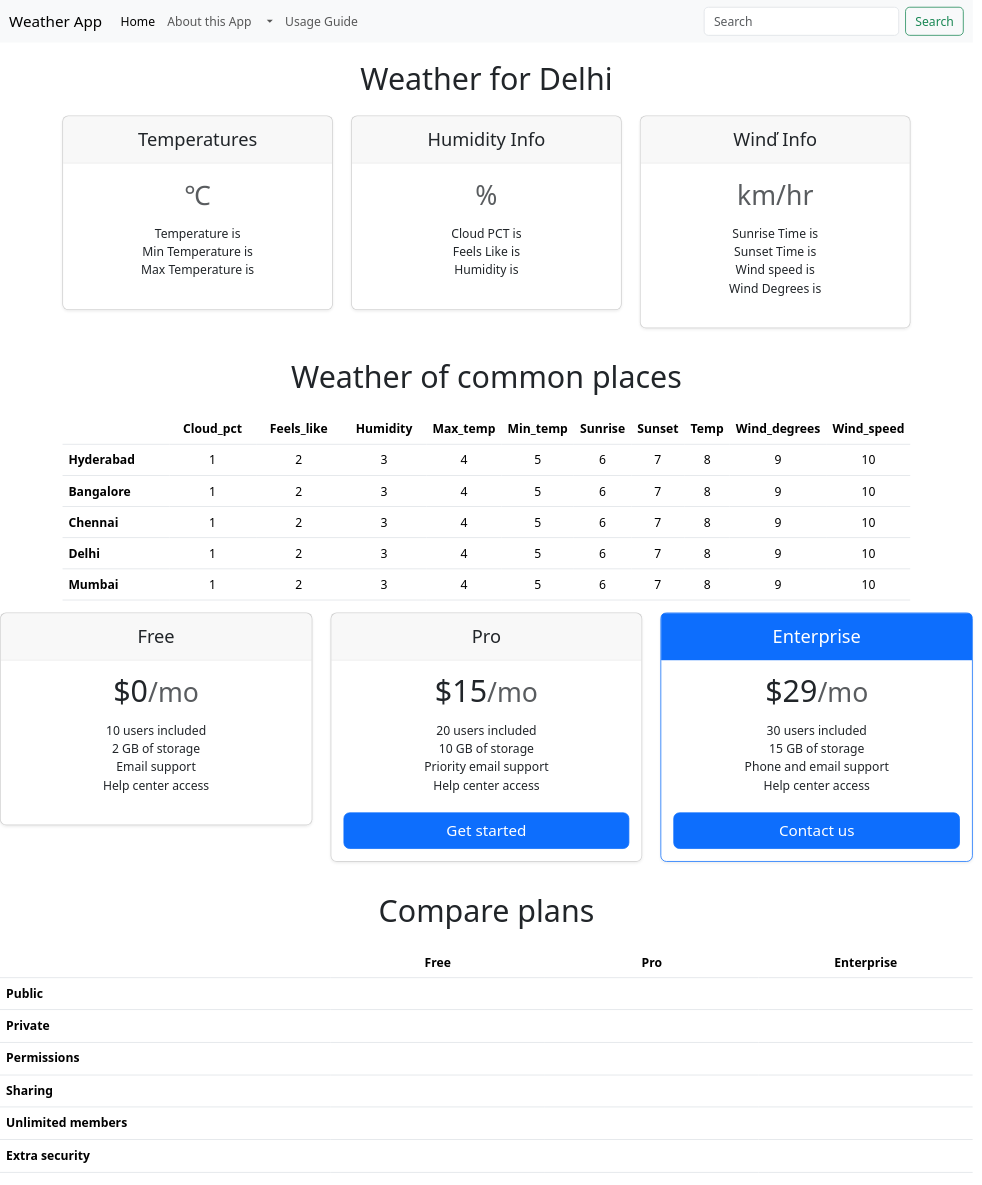
Repository: Abhilash2909/weather
Page: index.html
These files come from the project's save history. The page is drawn as it stood at one moment and after the next save; the edit follows.
The browser window is 1280 px wide. The page is 1292 px wide, so the pictures cover 1292 px, including what lies to the right of the window. The pictures show the whole page, at 76% of full size.
The page's requests for data from a server got no answer.

Above is the page before, as saved 2024-02-11 17:01:39.

### index.html
<!doctype html>
<html lang="en">
  <head>
    <meta charset="utf-8">
    <meta name="viewport" content="width=device-width, initial-scale=1">
    <title>My Weather App</title>
    <link href="https://cdn.jsdelivr.net/npm/bootstrap@5.3.2/dist/css/bootstrap.min.css" rel="stylesheet" integrity="sha384-T3c6CoIi6uLrA9TneNEoa7RxnatzjcDSCmG1MXxSR1GAsXEV/Dwwykc2MPK8M2HN" crossorigin="anonymous">
  </head>
  <body>
    <nav class="navbar navbar-expand-lg bg-body-tertiary">
        <div class="container-fluid">
          <a class="navbar-brand" href="#">Weather App</a>
          <button class="navbar-toggler" type="button" data-bs-toggle="collapse" data-bs-target="#navbarSupportedContent" aria-controls="navbarSupportedContent" aria-expanded="false" aria-label="Toggle navigation">
            <span class="navbar-toggler-icon"></span>
          </button>
          <div class="collapse navbar-collapse" id="navbarSupportedContent">
            <ul class="navbar-nav me-auto mb-2 mb-lg-0">
              <li class="nav-item">
                <a class="nav-link active" aria-current="page" href="#">Home</a>
              </li>
              <li class="nav-item">
                <a class="nav-link" href="#">About this App</a>
              </li>
              <li class="nav-item dropdown">
                <a class="nav-link dropdown-toggle" href="#" role="button" data-bs-toggle="dropdown" aria-expanded="false">
                </a>
                <ul class="dropdown-menu">
                  <li><a class="dropdown-item" href="#">Delhi</a></li>
                  <li><a class="dropdown-item" href="#">Seattle</a></li>
                  <li><a class="dropdown-item" href="#">Bangalore</a></li>
                </ul>
              </li>
              <li class="nav-item">
                <a class="nav-link" aria-disabled="true">Usage Guide</a>
              </li>
            </ul>
            <form class="d-flex" role="search">
              <input id="city" class="form-control me-2" type="search" placeholder="Search" aria-label="Search">
              <button class="btn btn-outline-success" type="submit" id="submit">Search</button>
            </form>
          </div>
        </div>
      </nav>

      <div class="container">
        <main>
          <h1 class= "my-4 text-center">Weather for <span id="cityName"></span></h1>
          <div class="row row-cols-1 row-cols-md-3 mb-3 text-center">
          <div class="col">
            <div class="card mb-4 rounded-3 shadow-sm">
              <div class="card-header py-3">
                <h4 class="my-0 fw-normal">Temperatures</h4>
              </div>
              <div class="card-body">
                <h1 class="card-title pricing-card-title"><span id="temp2"></span><small class="text-body-secondary fw-light"></span><span>&#8451;</span></small></h1>
                <ul class="list-unstyled mt-3 mb-4">
                  <li>Temperature is <span id="temp" ></span></li>
                  <li>Min Temperature is <span id="min_temp" ></span></li>
                  <li>Max Temperature is <span id="max_temp" ></span></li>
                </ul>
                <!-- <button type="button" class="w-100 btn btn-lg btn-outline-primary">Sign up for free</button> -->
              </div>
            </div>
          </div>
          <div class="col">
            <div class="card mb-4 rounded-3 shadow-sm">
              <div class="card-header py-3">
                <h4 class="my-0 fw-normal">Humidity Info</h4>
              </div>
              <div class="card-body">
                <h1 class="card-title pricing-card-title"><span id="humidity2" ></span><small class="text-body-secondary fw-light">%</small></h1>
                <ul class="list-unstyled mt-3 mb-4">
                  <li>Cloud PCT is <span id="cloud_pct" ></span></li>
                  <li>Feels Like is <span id="feels_like" ></span></li>
                  <li>Humidity is <span id="humidity" ></span></li>
                </ul>
                <!-- <button type="button" class="w-100 btn btn-lg btn-primary">Get started</button> -->
              </div>
            </div>
          </div>

          <div class="col">
            <div class="card mb-4 rounded-3 shadow-sm">
              <div class="card-header py-3">
                <h4 class="my-0 fw-normal">Winď Info</h4>
              </div>
              <div class="card-body">
                <h1 class="card-title pricing-card-title"><span id="wind_speed2" ></span><small class="text-body-secondary fw-light">km/hr</small></h1>
                <ul class="list-unstyled mt-3 mb-4">
                  <li>Sunrise Time is <span id="sunrise" ></span></li>
                  <li>Sunset Time is <span id="sunset" ></span></li>
                  <li>Wind speed is <span id="wind_speed" ></span></li>
                  <li>Wind Degrees is <span id="wind_degrees" ></span></li>
                </ul>
                <!-- <button type="button" class="w-100 btn btn-lg btn-primary">Contact us</button> -->
              </div>
            </div>
          </div>
        </div>

        <h2 class="display-6 text-center mb-4">Weather of common places</h2>

        <div class="table-responsive">
          <table class="table text-center">
            <thead>
              <tr>
                <th style="width: 34%;">   </th>
                <th style="width: 22%;"> Cloud_pct </th>
                <th style="width: 22%;"> Feels_like </th>
                <th style="width: 22%;"> Humidity </th>
                <th style="width: 22%;"> Max_temp </th>
                <th style="width: 22%;"> Min_temp </th>
                <th style="width: 22%;"> Sunrise </th>
                <th style="width: 22%;"> Sunset </th>
                <th style="width: 22%;"> Temp </th>
                <th style="width: 22%;"> Wind_degrees </th>
                <th style="width: 22%;"> Wind_speed </th>
              </tr>
            </thead>
            <tbody>
              <tr>
                <th scope="row" class="text-start">Hyderabad</th>
                <td>1</td>
                <td>2</td>
                <td>3</td>
                <td>4</td>
                <td>5</td>
                <td>6</td>
                <td>7</td>
                <td>8</td>
                <td>9</td>
                <td>10</td>
              </tr>
              <tr>
                <th scope="row" class="text-start">Bangalore</th>
                <td>1</td>
                <td>2</td>
                <td>3</td>
                <td>4</td>
                <td>5</td>
                <td>6</td>
                <td>7</td>
                <td>8</td>
                <td>9</td>
                <td>10</td>
              </tr>
            </tbody>

            <tbody>
              <tr>
                <th scope="row" class="text-start">Chennai</th>
                <td>1</td>
                <td>2</td>
                <td>3</td>
                <td>4</td>
                <td>5</td>
                <td>6</td>
                <td>7</td>
                <td>8</td>
                <td>9</td>
                <td>10</td>
              </tr>
              <tr>
                <th scope="row" class="text-start">Delhi</th>
                <td>1</td>
                <td>2</td>
                <td>3</td>
                <td>4</td>
                <td>5</td>
                <td>6</td>
                <td>7</td>
                <td>8</td>
                <td>9</td>
                <td>10</td>
              </tr>
              <tr>
                <th scope="row" class="text-start">Mumbai</th>
                <td>1</td>
                <td>2</td>
                <td>3</td>
                <td>4</td>
                <td>5</td>
                <td>6</td>
                <td>7</td>
                <td>8</td>
                <td>9</td>
                <td>10</td>
              </tr>
            </tbody>
          </table>
        </div>
      </main></div>
    <script src="https://cdn.jsdelivr.net/npm/bootstrap@5.3.2/dist/js/bootstrap.bundle.min.js" integrity="sha384-C6RzsynM9kWDrMNeT87bh95OGNyZPhcTNXj1NW7RuBCsyN/o0jlpcV8Qyq46cDfL" crossorigin="anonymous"></script>
    <script src="script.js"></script>
</body>
</html>


<main>
  <div class="row row-cols-1 row-cols-md-3 mb-3 text-center">
    <div class="col">
      <div class="card mb-4 rounded-3 shadow-sm">
        <div class="card-header py-3">
          <h4 class="my-0 fw-normal">Free</h4>
        </div>
        <div class="card-body">
          <h1 class="card-title pricing-card-title">$0<small class="text-body-secondary fw-light">/mo</small></h1>
          <ul class="list-unstyled mt-3 mb-4">
            <li>10 users included</li>
            <li>2 GB of storage</li>
            <li>Email support</li>
            <li>Help center access</li>
          </ul>
          <!-- <button type="button" class="w-100 btn btn-lg btn-outline-primary">Sign up for free</button> -->
        </div>
      </div>
    </div>
    <div class="col">
      <div class="card mb-4 rounded-3 shadow-sm">
        <div class="card-header py-3">
          <h4 class="my-0 fw-normal">Pro</h4>
        </div>
        <div class="card-body">
          <h1 class="card-title pricing-card-title">$15<small class="text-body-secondary fw-light">/mo</small></h1>
          <ul class="list-unstyled mt-3 mb-4">
            <li>20 users included</li>
            <li>10 GB of storage</li>
            <li>Priority email support</li>
            <li>Help center access</li>
          </ul>
          <button type="button" class="w-100 btn btn-lg btn-primary">Get started</button>
        </div>
      </div>
    </div>
    <div class="col">
      <div class="card mb-4 rounded-3 shadow-sm border-primary">
        <div class="card-header py-3 text-bg-primary border-primary">
          <h4 class="my-0 fw-normal">Enterprise</h4>
        </div>
        <div class="card-body">
          <h1 class="card-title pricing-card-title">$29<small class="text-body-secondary fw-light">/mo</small></h1>
          <ul class="list-unstyled mt-3 mb-4">
            <li>30 users included</li>
            <li>15 GB of storage</li>
            <li>Phone and email support</li>
            <li>Help center access</li>
          </ul>
          <button type="button" class="w-100 btn btn-lg btn-primary">Contact us</button>
        </div>
      </div>
    </div>
  </div>

  <h2 class="display-6 text-center mb-4">Compare plans</h2>

  <div class="table-responsive">
    <table class="table text-center">
      <thead>
        <tr>
          <th style="width: 34%;"></th>
          <th style="width: 22%;">Free</th>
          <th style="width: 22%;">Pro</th>
          <th style="width: 22%;">Enterprise</th>
        </tr>
      </thead>
      <tbody>
        <tr>
          <th scope="row" class="text-start">Public</th>
          <td><svg class="bi" width="24" height="24"><use xlink:href="#check"></use></svg></td>
          <td><svg class="bi" width="24" height="24"><use xlink:href="#check"></use></svg></td>
          <td><svg class="bi" width="24" height="24"><use xlink:href="#check"></use></svg></td>
        </tr>
        <tr>
          <th scope="row" class="text-start">Private</th>
          <td></td>
          <td><svg class="bi" width="24" height="24"><use xlink:href="#check"></use></svg></td>
          <td><svg class="bi" width="24" height="24"><use xlink:href="#check"></use></svg></td>
        </tr>
      </tbody>

      <tbody>
        <tr>
          <th scope="row" class="text-start">Permissions</th>
          <td><svg class="bi" width="24" height="24"><use xlink:href="#check"></use></svg></td>
          <td><svg class="bi" width="24" height="24"><use xlink:href="#check"></use></svg></td>
          <td><svg class="bi" width="24" height="24"><use xlink:href="#check"></use></svg></td>
        </tr>
        <tr>
          <th scope="row" class="text-start">Sharing</th>
          <td></td>
          <td><svg class="bi" width="24" height="24"><use xlink:href="#check"></use></svg></td>
          <td><svg class="bi" width="24" height="24"><use xlink:href="#check"></use></svg></td>
        </tr>
        <tr>
          <th scope="row" class="text-start">Unlimited members</th>
          <td></td>
          <td><svg class="bi" width="24" height="24"><use xlink:href="#check"></use></svg></td>
          <td><svg class="bi" width="24" height="24"><use xlink:href="#check"></use></svg></td>
        </tr>
        <tr>
          <th scope="row" class="text-start">Extra security</th>
          <td></td>
          <td></td>
          <td><svg class="bi" width="24" height="24"><use xlink:href="#check"></use></svg></td>
        </tr>
      </tbody>
    </table>
  </div>
</main>

### script.js

// const url = 'https://weather-by-api-ninjas.p.rapidapi.com/v1/weather?city=Seattle';
// const options = {
//     method: 'GET',
//     headers: {
//         'X-RapidAPI-Key': '9f5fc666cemsh950495f18781500p1999a7jsna0d8657b4aba',
//         'X-RapidAPI-Host': 'weather-by-api-ninjas.p.rapidapi.com'
//     }
// };

// async function fetchData() {
//     try {
//         const response = await fetch(url, options);
//         const result = await response.text();
//         console.log(result);
//     } catch (error) {
//         console.error(error);
//     }
// }

// fetchData();


// const url = 'https://weather-by-api-ninjas.p.rapidapi.com/v1/weather?city=Seattle';
// const options = {
// 	method: 'GET',
// 	headers: {
// 		'X-RapidAPI-Key': '9f5fc666cemsh950495f18781500p1999a7jsna0d8657b4aba',
// 		'X-RapidAPI-Host': 'weather-by-api-ninjas.p.rapidapi.com'
// 	}
// };

// try {
// 	const response = await fetch(url, options);
// 	const result = await response.text();
// 	console.log(result);
// } catch (error) {
// 	console.error(error);
// }



const options = {
    method: 'GET',
    headers: {
      'X-RapidAPI-Key': 'b45e96323fmshf5e4bc50d3b8a90p1e091djsnfb21cde4eb87',
      'X-RapidAPI-Host': 'weather-by-api-ninjas.p.rapidapi.com'
    }
  };
const getWeather = (city) => {
  cityName.innerHTML = city
  fetch('https://weather-by-api-ninjas.p.rapidapi.com/v1/weather?city=' + city, options)
    .then(response => response.json())
    .then((response) => {
      console.log(response)
      cloud_pct.innerHTML = response.cloud_pct
      temp.innerHTML = response.temp
      temp2.innerHTML = response.temp
      feels_like.innerHTML = response.feels_like
      humidity.innerHTML = response.humidity
      humidity2.innerHTML = response.humidity
      min_temp.innerHTML = response.min_temp
      max_temp.innerHTML = response.max_temp
      wind_speed.innerHTML = response.wind_speed
      wind_speed2.innerHTML = response.wind_speed
      wind_degrees.innerHTML = response.wind_degrees
      sunrise.innerHTML = response.sunrise
      sunset.innerHTML = response.sunset
    })
    .catch(error => console.error(error));
}

submit.addEventListener("click", (e)=>{
  e.preventDefault()
  getWeather(city.value)
})

getWeather("Delhi")

After the next save:
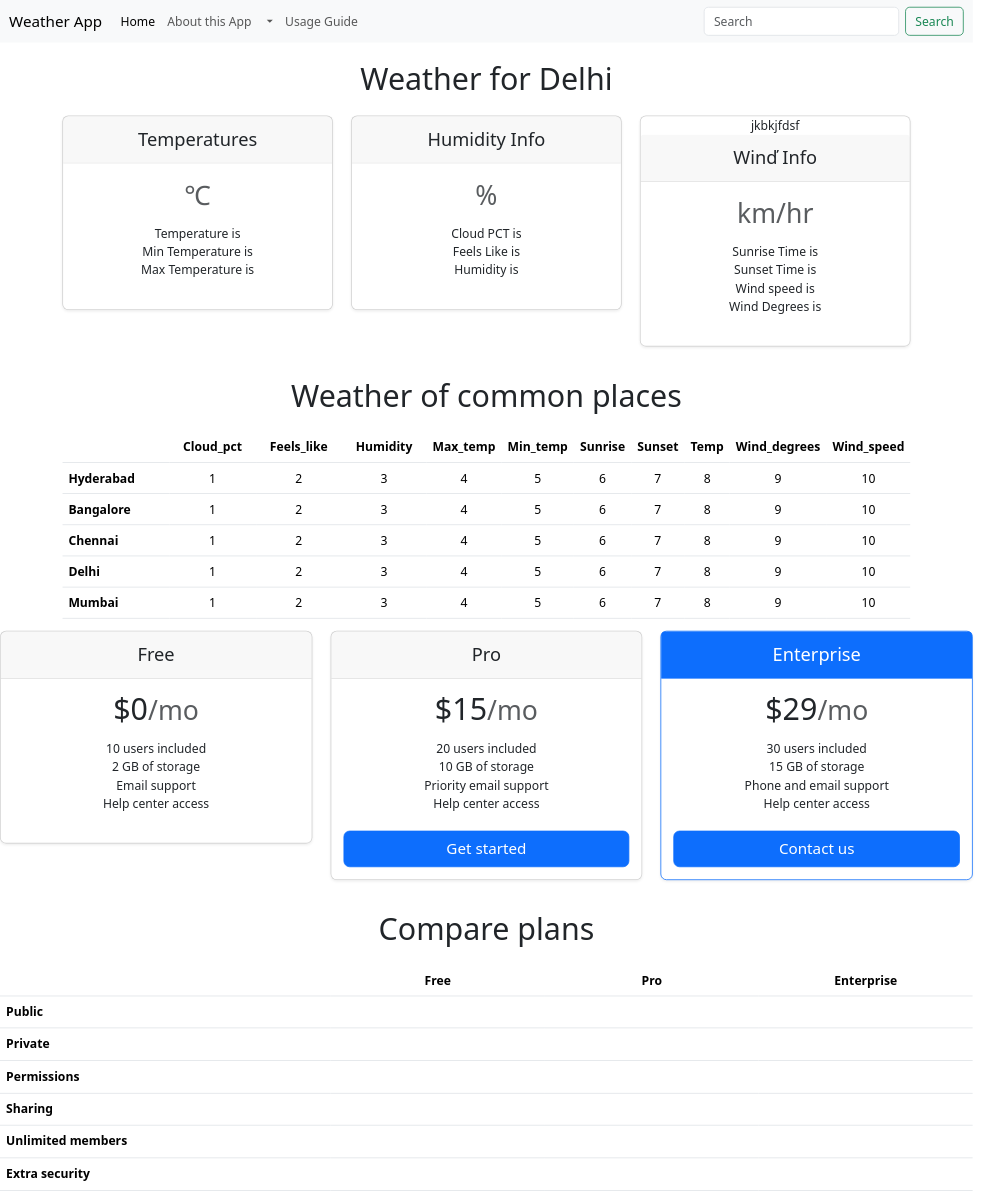
Saved 51 s later.
--- a/index.html
+++ b/index.html
@@ -80,7 +80,7 @@
           </div>
 
           <div class="col">
-            <div class="card mb-4 rounded-3 shadow-sm">
+            <div class="card mb-4 rounded-3 shadow-sm">jkbkjfdsf
               <div class="card-header py-3">
                 <h4 class="my-0 fw-normal">Winď Info</h4>
               </div>
